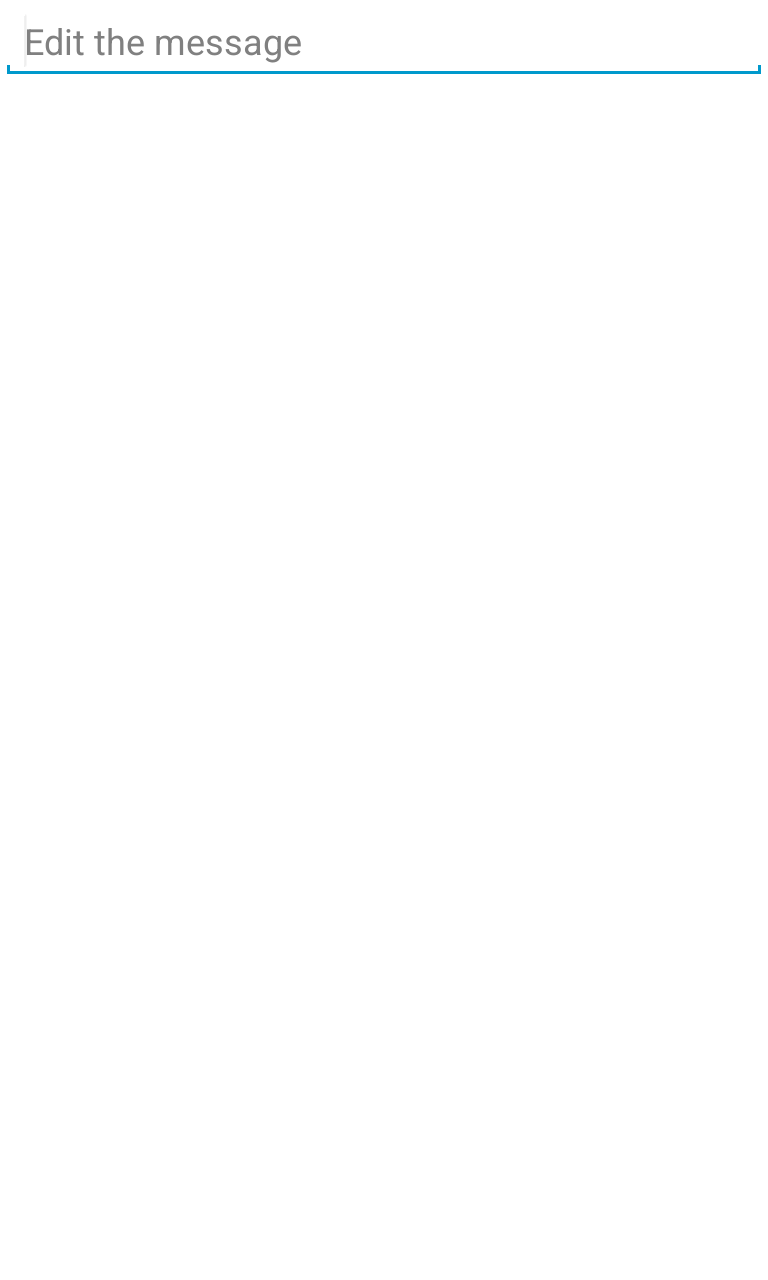
Repository: banur2/AndroidApp
Layout: MyFirstApp/res/layout/activity_main.xml
These files come from the project's save history. The layout is drawn as it stood at one moment and after the next save; the edit follows.
It is drawn on a 768 x 1280 px phone screen (xhdpi) without system bars, with theme AppTheme; the app's code is not run.

Above is the layout before, as saved 2013-08-29 17:41:05.

After the next save:
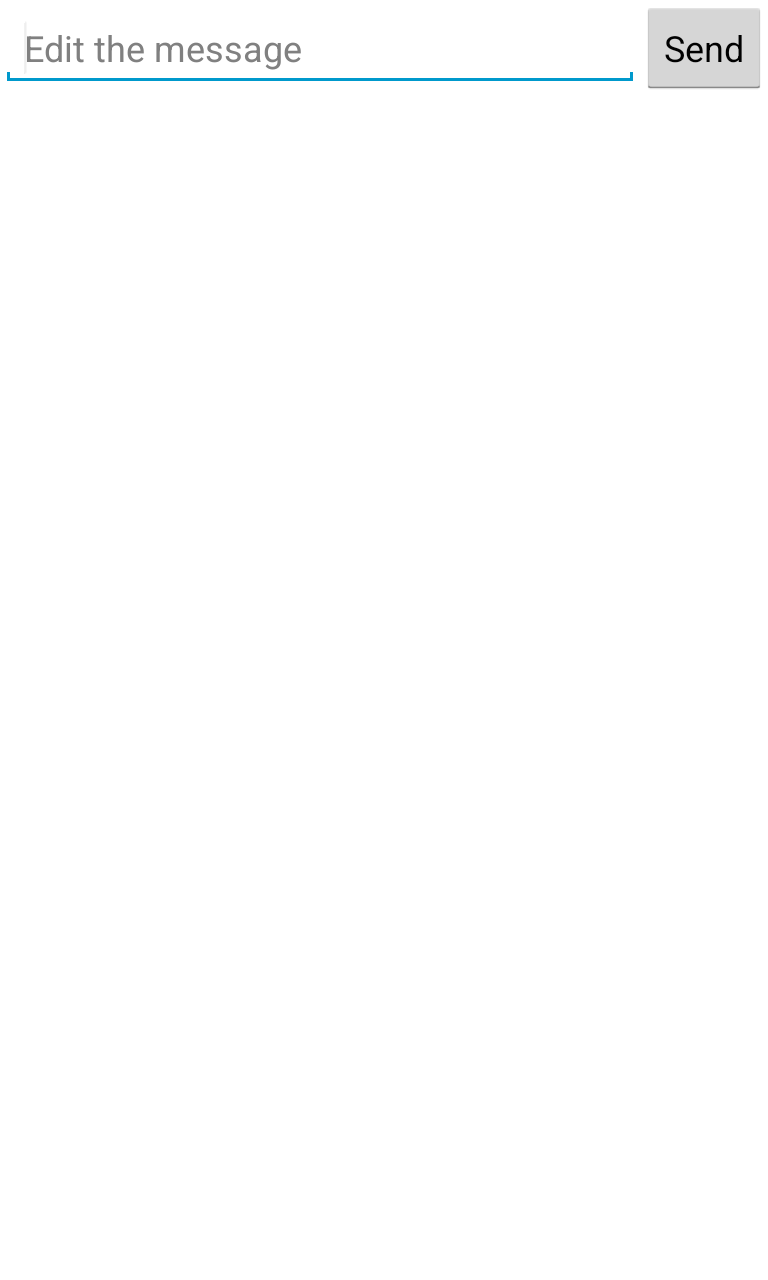
Saved 16 s later.
--- a/MyFirstApp/res/layout/activity_main.xml
+++ b/MyFirstApp/res/layout/activity_main.xml
@@ -18,6 +18,7 @@
 
     <Button
         android:id="@+id/button1"
+ 		android:layout_width="wrap_content"
 
         android:layout_height="wrap_content"
 
